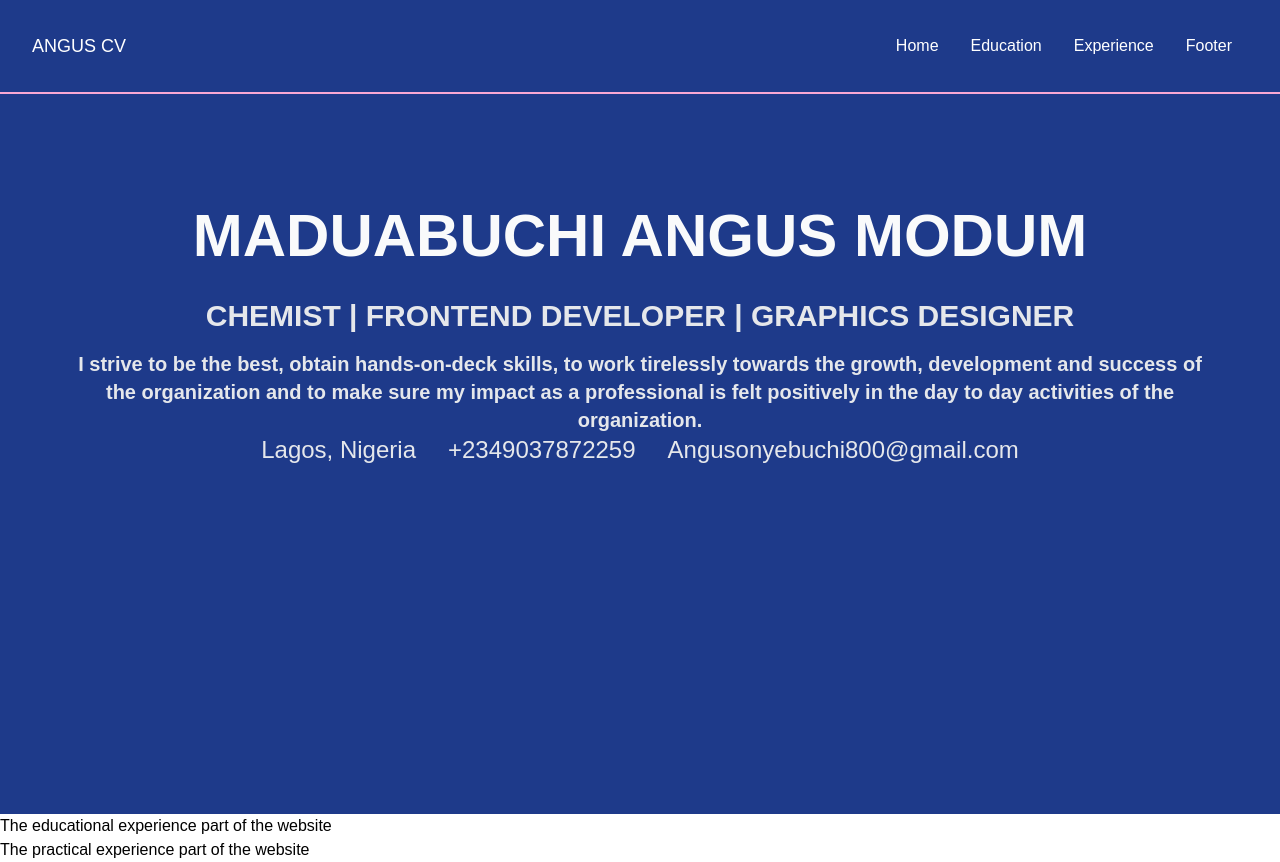
Repository: AngusOnyebuchi/AngusOnyebuchi.github.io
Page: /
These files come from the project's save history. The page is drawn as it stood at one moment and after the next save; the edit follows.
The browser window is 1280 px wide. The pictures show the whole page.
The project was rebuilt for these pictures with package versions that can differ from the ones it lists, and the page was loaded fresh each time.

Above is the page before, as saved 2022-04-17 15:59:19.

### public/index.html
<!DOCTYPE html>
<html lang="en">
  <head>
    <meta charset="utf-8" />
    <link rel="icon" href="%PUBLIC_URL%/favicon.ico" />
    <meta name="viewport" content="width=device-width, initial-scale=1" />
    <meta name="theme-color" content="#000000" />
    <meta
      name="description"
      content="Web site created using create-react-app"
    />
    <link rel="apple-touch-icon" href="%PUBLIC_URL%/logo192.png" />
    <!--
      manifest.json provides metadata used when your web app is installed on a
      user's mobile device or desktop. See https://developers.google.com/web/fundamentals/web-app-manifest/
    -->
    <link rel="manifest" href="%PUBLIC_URL%/manifest.json" />
    <!--
      Notice the use of %PUBLIC_URL% in the tags above.
      It will be replaced with the URL of the `public` folder during the build.
      Only files inside the `public` folder can be referenced from the HTML.

      Unlike "/favicon.ico" or "favicon.ico", "%PUBLIC_URL%/favicon.ico" will
      work correctly both with client-side routing and a non-root public URL.
      Learn how to configure a non-root public URL by running `npm run build`.
    -->
    <title>Angus CV </title>
  </head>
  <body>
    <noscript>You need to enable JavaScript to run this app.</noscript>
    <div id="root"></div>
    <!--
      This HTML file is a template.
      If you open it directly in the browser, you will see an empty page.

      You can add webfonts, meta tags, or analytics to this file.
      The build step will place the bundled scripts into the <body> tag.

      To begin the development, run `npm start` or `yarn start`.
      To create a production bundle, use `npm run build` or `yarn build`.
    -->
  </body>
</html>

### src/index.js
import React from "react";
import ReactDOM from "react-dom";
import "./style.css"
import App from "./App";

ReactDOM.render(<App/>, document.getElementById("root"))

### src/style.css
@tailwind base;
@tailwind components;
@tailwind utilities;

@layer base {
    body{
        @apply font-[Sans-serif];
    }
    li {
        @apply px-4;
        @apply cursor-pointer;
    }
}

### src/App.js
import React from "react";
import Home from "./components/Home"
import Education from "./components/Education";
import Experience from "./components/Experience";
import NavBar from "./components/NavBar";

export default function App() {
  return (
    <div>
      <NavBar/>
      <Home/>
      <Education/>
      <Experience/>
    </div>
  )
}

### src/components/Home.js
import React from "react";

export default function Home() {
    return (
        <div className="w-full h-screen p-4 bg-blue-900 text-gray-200">
            <h1 className="text-4xl md:text-6xl font-bold uppercase pt-24 text-center text-gray-50">Maduabuchi Angus Modum</h1>
            <h3 className="text-xl md:text-3xl font-bold uppercase pt-8 text-center">Chemist  |  Frontend Developer  |  Graphics Designer</h3>
            <p className="font-bold text-center justify-center text-lg md:text-xl max-w-[1200px] mx-12 mt-4">I strive to be the best, obtain hands-on-deck skills,
                to work tirelessly towards the growth, development and success of the organization and to make sure my impact
                as a professional is felt positively in the day to day activities of the organization.</p>

            <div className="flex flex-cols-3 gap-8 text-2xl justify-center text-center">
                <h4 className="mx-0">Lagos, Nigeria</h4>
                <h4 className="mx-0">+2349037872259</h4>
                <h4  className="mx-0">Angusonyebuchi800@gmail.com</h4>
            </div>
        </div>
    )
}

### src/components/Education.js
import React from "react";

export default function Education() {
    return(
        <div>
            <h1>The educational experience part of the website</h1>
        </div>
    )
}

### src/components/Experience.js
import React from "react";

export default function Experience() {
    return(
        <div>
            <h1>The practical experience part of the website</h1>
        </div>
    )
}

### src/components/NavBar.js
import React, {useState} from "react";
import {FaTimes, FaBars} from "react-icons/fa"

export default function NavBar() {

    const [nav, setNav] = useState(true)
    const toggle = () => setNav(!nav)

    return(
        <div className="bg-blue-900 text-white w-full p-8 flex justify-between items-center border-b-2 border-pink-300">
            <h1 className="uppercase text-lg">Angus CV</h1>

            <ul className=" hidden sm:flex justify-between">
                <li className="hover:border-b-2 border-pink-300 ">Home</li>
                <li className="hover:border-b-2 border-pink-300 ">Education</li>
                <li className="hover:border-b-2 border-pink-300 ">Experience</li>
                <li className="hover:border-b-2 border-pink-300 ">Footer</li>
            </ul>

            {/** Mobile list */}
            <div onClick={toggle} className="sm:hidden z-10">
                {nav ? <FaBars/> : <FaTimes/>}
            </div>
            <ul className={nav ? 'hidden' : 'absolute top-0 left-0 w-full h-screen bg-inherit flex flex-col justify-center items-center my-8 sm:hidden'}>
                    <li>Home</li>
                    <li>Education</li>
                    <li>Experience</li>
                    <li>Footer</li>
            </ul>
        </div>
    )
}

Loaded but not shown: tailwind.config.js (common file)

After the next save:
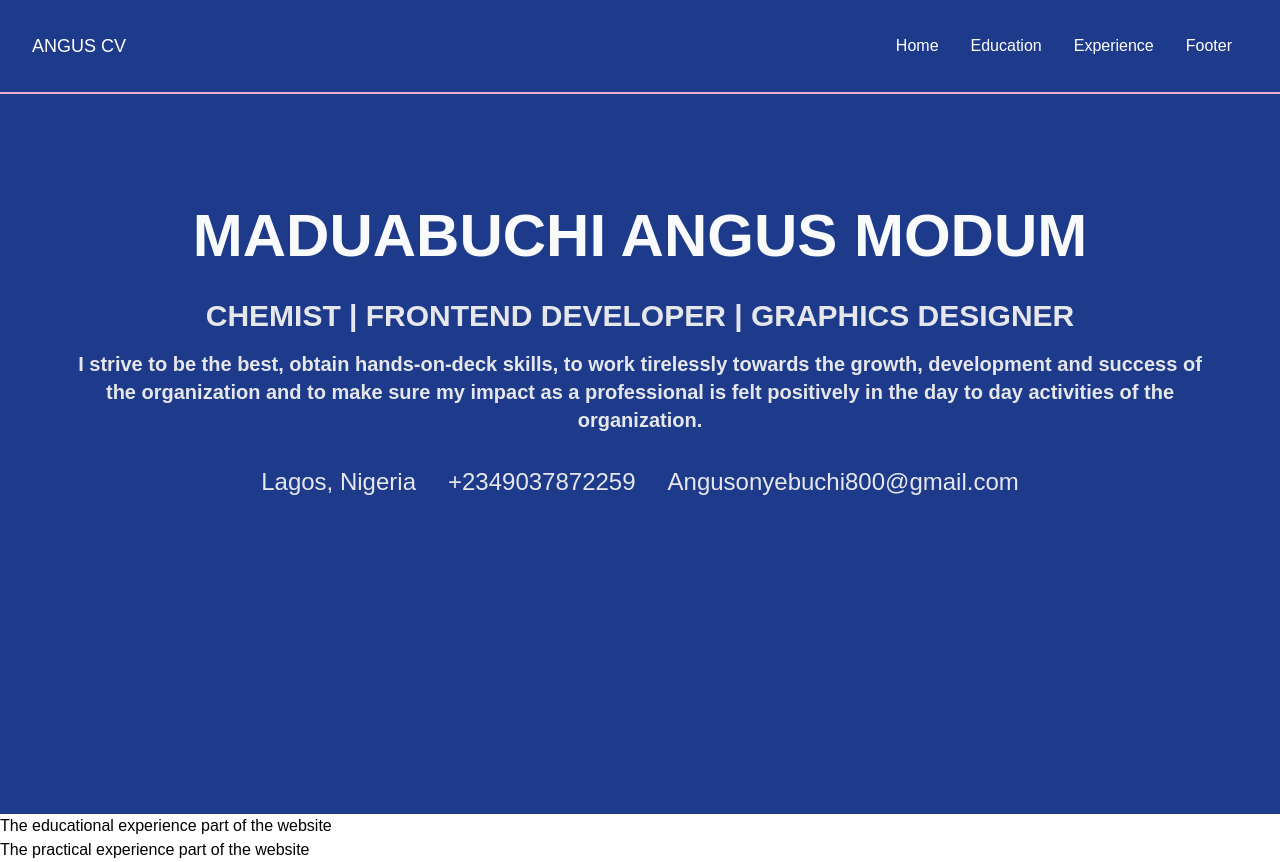
Saved 77 s later.
--- a/src/components/Home.js
+++ b/src/components/Home.js
@@ -9,7 +9,7 @@ export default function Home() {
                 to work tirelessly towards the growth, development and success of the organization and to make sure my impact
                 as a professional is felt positively in the day to day activities of the organization.</p>
 
-            <div className="flex flex-cols-3 gap-8 text-2xl justify-center text-center">
+            <div className="flex flex-cols-3 gap-8 text-2xl justify-center text-center pt-8">
                 <h4 className="mx-0">Lagos, Nigeria</h4>
                 <h4 className="mx-0">+2349037872259</h4>
                 <h4  className="mx-0">Angusonyebuchi800@gmail.com</h4>
